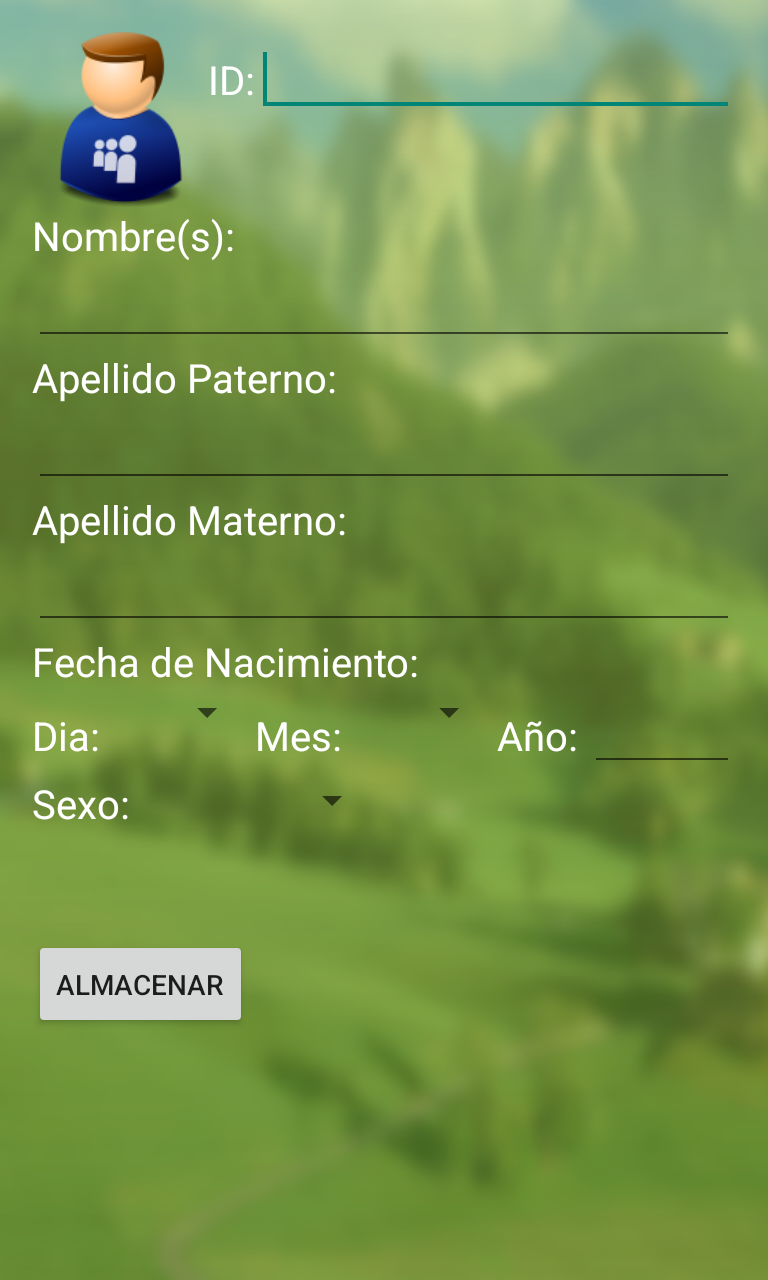
Repository: AntonioloNeviani/ProyectoDeInvestigacion_Android
Layout: FiliiStude/res/layout/activity_nuevo_usuario.xml
The author's editor kept a copy of each file at every save. The layout is drawn from the files as they stood at one save, then again after the next save.
It is drawn on a 768 x 1280 px phone screen (xhdpi) without system bars, with theme AppTheme; the app's code is not run.

Above is the layout before, as saved 2015-05-26 09:13:55.

### FiliiStude/res/layout/activity_nuevo_usuario.xml
<RelativeLayout xmlns:android="http://schemas.android.com/apk/res/android"
    xmlns:tools="http://schemas.android.com/tools"
    android:layout_width="match_parent"
    android:layout_height="match_parent"
    android:background="@drawable/fondo4"
    android:paddingBottom="@dimen/activity_vertical_margin"
    android:paddingLeft="@dimen/activity_horizontal_margin"
    android:paddingRight="@dimen/activity_horizontal_margin"
    android:paddingTop="@dimen/activity_vertical_margin"
    tools:context="com.filii.filiistude.NuevoUsuario" >

    <LinearLayout
        android:layout_width="wrap_content"
        android:layout_height="wrap_content"
        android:layout_alignParentLeft="true"
        android:layout_alignParentRight="true"
        android:orientation="vertical" >

        <LinearLayout
            android:layout_width="match_parent"
            android:layout_height="wrap_content" >

            <ImageView
                android:id="@+id/imageView1"
                android:layout_width="88dp"
                android:layout_height="88dp"
                android:src="@drawable/usuario" />

            <TextView
                android:id="@+id/textView2"
                android:layout_width="wrap_content"
                android:layout_height="wrap_content"
                android:text="ID:"
                android:textColor="#FFFFFF"
                android:textSize="20sp" />

            <EditText
                android:id="@+id/editText1"
                android:layout_width="wrap_content"
                android:layout_height="wrap_content"
                android:layout_weight="1"
                android:inputType="number"
                android:textColor="#FFFFFF"
                android:textSize="20sp" >

                <requestFocus />
            </EditText>
        </LinearLayout>

        <TextView
            android:id="@+id/textView1"
            android:layout_width="wrap_content"
            android:layout_height="wrap_content"
            android:text="Nombre(s): "
            android:textColor="#FFFFFF"
            android:textSize="20sp" />

        <EditText
            android:id="@+id/editText2"
            android:layout_width="match_parent"
            android:layout_height="wrap_content"
            android:ems="10"
            android:inputType="textPersonName"
            android:textColor="#FFFFFF"
            android:textSize="20sp" />

        <TextView
            android:id="@+id/textView3"
            android:layout_width="wrap_content"
            android:layout_height="wrap_content"
            android:text="Apellido Paterno: "
            android:textColor="#FFFFFF"
            android:textSize="20sp" />

        <EditText
            android:id="@+id/editText3"
            android:layout_width="match_parent"
            android:layout_height="wrap_content"
            android:ems="10"
            android:inputType="textPersonName"
            android:textColor="#FFFFFF"
            android:textSize="20sp" />

        <TextView
            android:id="@+id/textView4"
            android:layout_width="wrap_content"
            android:layout_height="wrap_content"
            android:text="Apellido Materno: "
            android:textColor="#FFFFFF"
            android:textSize="20sp" />

        <EditText
            android:id="@+id/editText4"
            android:layout_width="match_parent"
            android:layout_height="wrap_content"
            android:ems="10"
            android:inputType="textPersonName"
            android:textColor="#FFFFFF"
            android:textSize="20sp" />

        <TextView
            android:id="@+id/textView5"
            android:layout_width="wrap_content"
            android:layout_height="wrap_content"
            android:text="Fecha de Nacimiento: "
            android:textColor="#FFFFFF"
            android:textSize="20sp" />

        <LinearLayout
            android:layout_width="match_parent"
            android:layout_height="wrap_content" >

            <TextView
                android:id="@+id/textView7"
                android:layout_width="wrap_content"
                android:layout_height="wrap_content"
                android:text="Dia: "
                android:textColor="#FFFFFF"
            android:textSize="20sp" />

            <Spinner
                android:id="@+id/spinner1"
                android:layout_width="wrap_content"
                android:layout_height="wrap_content"
                android:layout_weight="1" />

            <TextView
                android:id="@+id/textView8"
                android:layout_width="wrap_content"
                android:layout_height="wrap_content"
                android:text="Mes: "
                android:textColor="#FFFFFF"
            	android:textSize="20sp" />

            <Spinner
                android:id="@+id/spinner2"
                android:layout_width="wrap_content"
                android:layout_height="wrap_content"
                android:layout_weight="1" />

            <TextView
                android:id="@+id/textView9"
                android:layout_width="wrap_content"
                android:layout_height="wrap_content"
                android:text="Año: "
                android:textColor="#FFFFFF"
            	android:textSize="20sp" />

            <EditText
                android:id="@+id/editText5"
                android:layout_width="74dp"
                android:layout_height="wrap_content"
                android:ems="10"
                android:inputType="date"
                android:textColor="#FFFFFF"
                android:textSize="20sp" />

        </LinearLayout>

        <LinearLayout
            android:layout_width="match_parent"
            android:layout_height="80dp" >

            <TextView
                android:id="@+id/textView6"
                android:layout_width="wrap_content"
                android:layout_height="wrap_content"
                android:text="Sexo: "
                android:textColor="#FFFFFF"
                android:textSize="20sp" />

            <Spinner
                android:id="@+id/sexo"
                android:layout_width="120dp"
                android:layout_height="wrap_content"
                android:textColor="#FFFFFF"
                android:textSize="20sp" />
        </LinearLayout>

        <LinearLayout
            android:layout_width="match_parent"
            android:layout_height="wrap_content" >

            <Button
                android:id="@+id/button1"
                android:layout_width="wrap_content"
                android:layout_height="wrap_content"
                android:text="Almacenar" />

        </LinearLayout>

    </LinearLayout>

</RelativeLayout>

Loaded but not shown: FiliiStude/res/values/styles.xml (common file); FiliiStude/res/values-v11/styles.xml (common file); FiliiStude/res/values-v14/styles.xml (common file); FiliiStude/res/values/dimens.xml (common file); FiliiStude/res/values-w820dp/dimens.xml (common file)

After the next save:
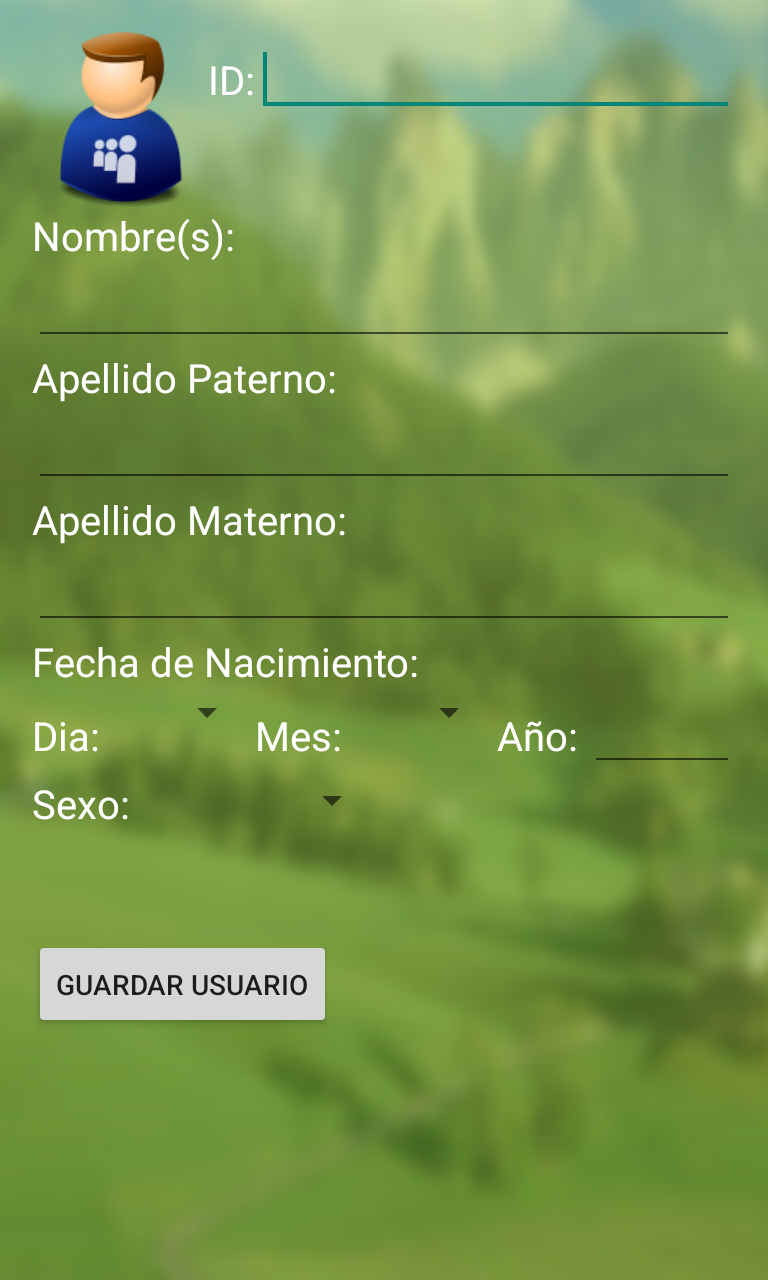
Saved 2 min 53 s later.
--- a/FiliiStude/res/layout/activity_nuevo_usuario.xml
+++ b/FiliiStude/res/layout/activity_nuevo_usuario.xml
@@ -119,7 +119,7 @@
             android:textSize="20sp" />
 
             <Spinner
-                android:id="@+id/spinner1"
+                android:id="@+id/spinnerDia"
                 android:layout_width="wrap_content"
                 android:layout_height="wrap_content"
                 android:layout_weight="1" />
@@ -133,7 +133,7 @@
             	android:textSize="20sp" />
 
             <Spinner
-                android:id="@+id/spinner2"
+                android:id="@+id/spinnerMes"
                 android:layout_width="wrap_content"
                 android:layout_height="wrap_content"
                 android:layout_weight="1" />
@@ -185,7 +185,7 @@
                 android:id="@+id/button1"
                 android:layout_width="wrap_content"
                 android:layout_height="wrap_content"
-                android:text="Almacenar" />
+                android:text="Guardar Usuario" />
 
         </LinearLayout>
 
